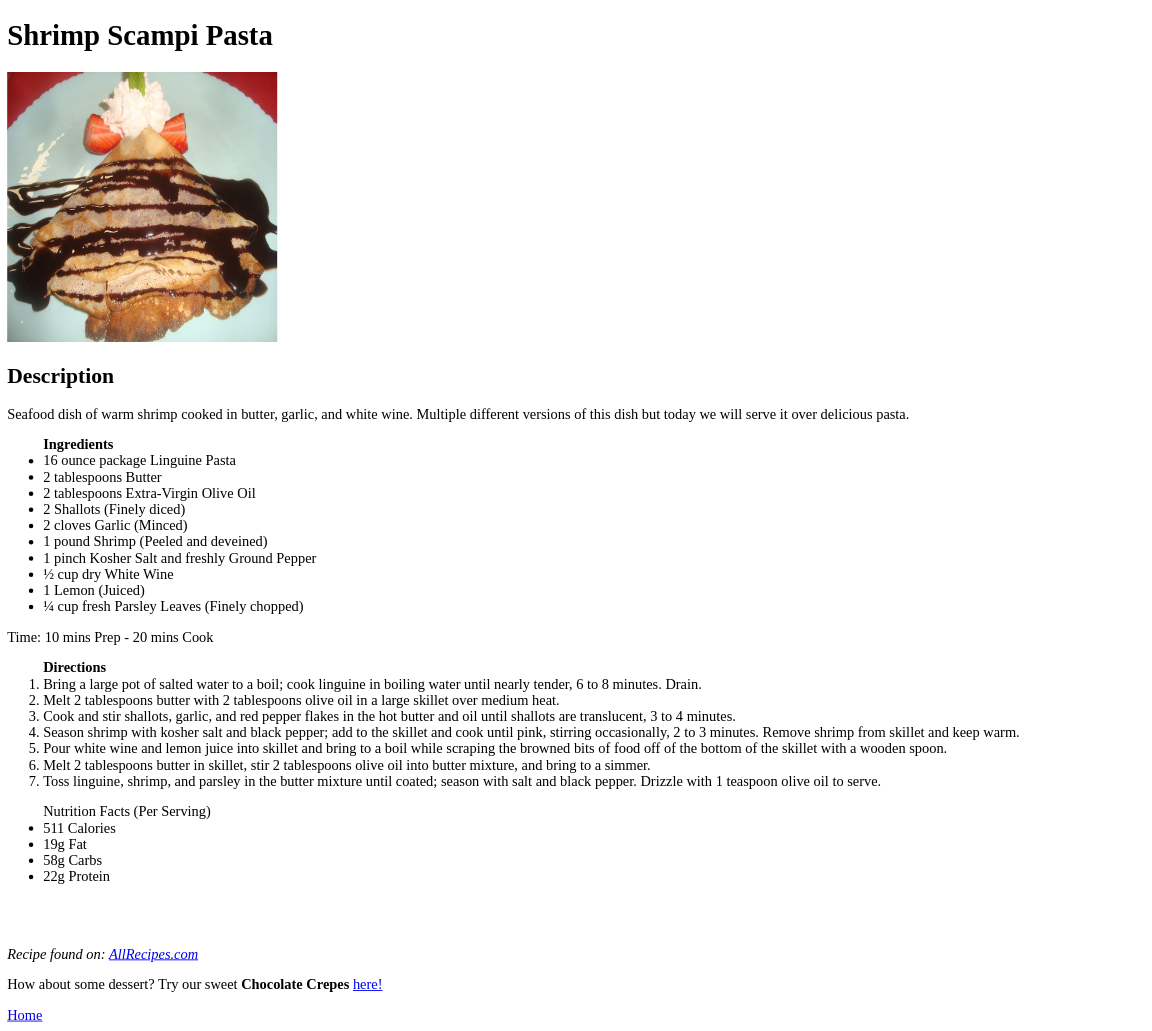
Repository: Mervens/odin-recipes
Page: recipes/pasta.html
These files come from the project's save history. The page is drawn as it stood at one moment and after the next save; the edit follows.
The browser window is 1280 px wide. The pictures show the whole page, at 90% of full size.

Above is the page before, as saved 2025-06-18 11:59:33.

### recipes/pasta.html
<!DOCTYPE html>

<html lang="en">

<head>
    <meta charset="UTF-8">
    <title>Shrimp Scampi Pasta | Odin Recipes</title>
</head>

<body>
    <h1>Shrimp Scampi Pasta</h1>

    <img src="../recipes/images/Chocolate Image.png"
        alt="Photo of Shrimp Scampi Pasta. Image found on Flickr - linked in ReadME." height=300 width=300>
    <h2>Description</h2>
    <p>Seafood dish of warm shrimp cooked in butter, garlic, and white wine. Multiple different versions of this dish
        but today we will serve it over delicious pasta.</p>
    <ul><strong>Ingredients</strong>
        <li>16 ounce package Linguine Pasta</li>
        <li>2 tablespoons Butter</li>
        <li>2 tablespoons Extra-Virgin Olive Oil</li>
        <li>2 Shallots (Finely diced)</li>
        <li>2 cloves Garlic (Minced)</li>
        <li>1 pound Shrimp (Peeled and deveined)</li>
        <li>1 pinch Kosher Salt and freshly Ground Pepper</li>
        <li>½ cup dry White Wine</li>
        <li>1 Lemon (Juiced)</li>
        <li>¼ cup fresh Parsley Leaves (Finely chopped)</li>
    </ul>
    <p>Time: 10 mins Prep - 20 mins Cook</p>
    <ol><strong>Directions</strong>
        <li>Bring a large pot of salted water to a boil; cook linguine in boiling water until nearly tender, 6 to 8
            minutes. Drain.
        </li>
        <li>Melt 2 tablespoons butter with 2 tablespoons olive oil in a large skillet over medium heat.
        </li>
        <li>Cook and stir shallots, garlic, and red pepper flakes in the hot butter and oil until shallots are
            translucent, 3 to 4 minutes.</li>
        <li>Season shrimp with kosher salt and black pepper; add to the skillet and cook until pink, stirring
            occasionally, 2 to 3 minutes. Remove shrimp from skillet and keep warm.
        </li>
        <li>Pour white wine and lemon juice into skillet and bring to a boil while scraping the browned bits of food off
            of the bottom of the skillet with a wooden spoon.</li>
        <li>Melt 2 tablespoons butter in skillet, stir 2 tablespoons olive oil into butter mixture, and bring to a
            simmer.</li>
        <li>Toss linguine, shrimp, and parsley in the butter mixture until coated; season with salt and black pepper.
            Drizzle with 1 teaspoon olive oil to serve.</li>
    </ol>
    <ul>
        Nutrition Facts (Per Serving)
        <li>511 Calories</li>
        <li>19g Fat</li>
        <li>58g Carbs</li>
        <li>22g Protein</li>
    </ul>
    <br>
    <br>

    <p><em>Recipe found on:
            <a href="https://www.allrecipes.com/recipe/229960/shrimp-scampi-with-pasta/">AllRecipes.com</em>
    </p>
    </a>
    <p>How about some dessert? Try our sweet <strong>Chocolate Crepes </strong><a href="../recipes/crepe.html">here!</a>
    </p>
    <a href="../index.html">Home</a>

</body>

</html>

After the next save:
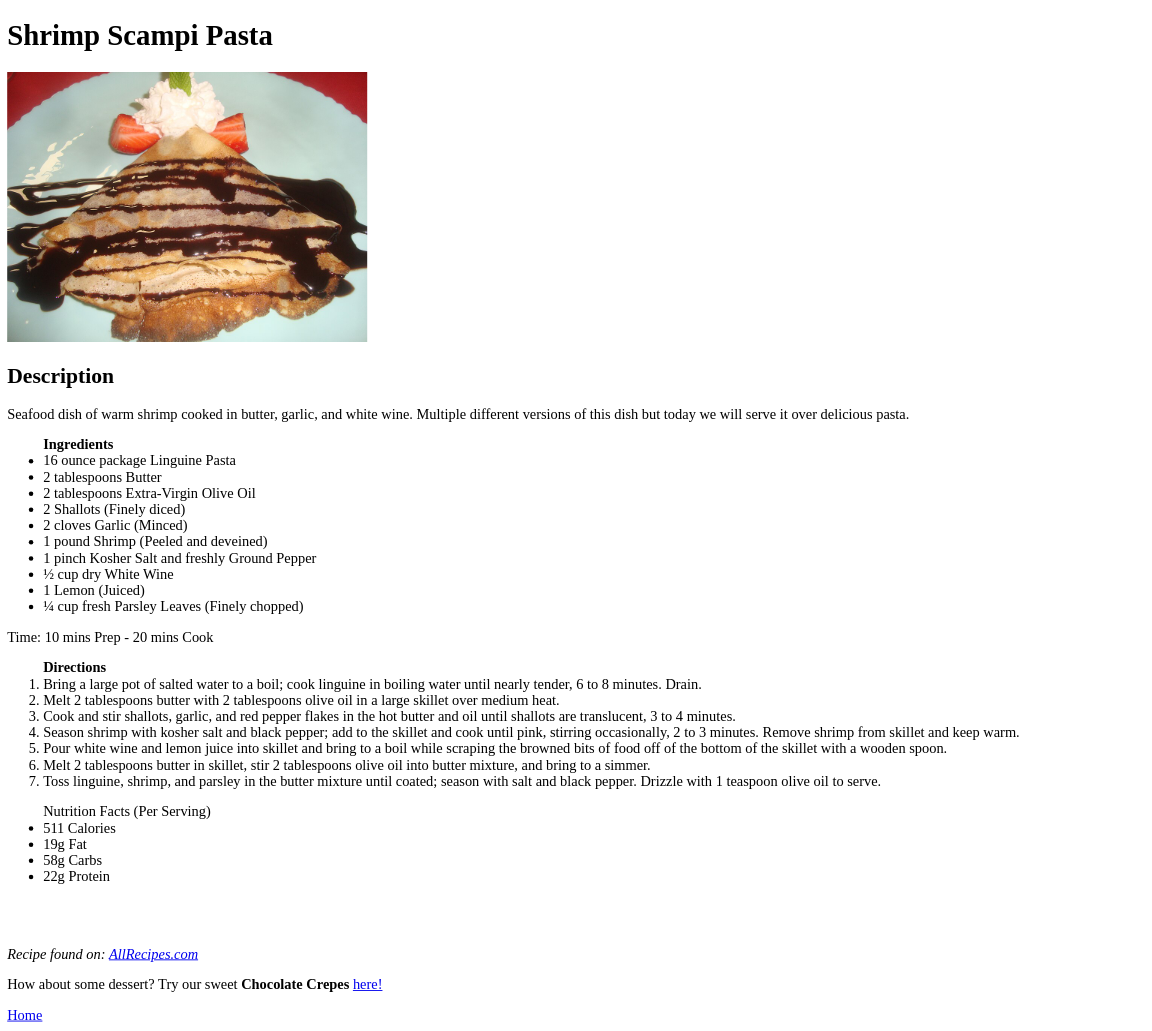
Saved 8 s later.
--- a/recipes/pasta.html
+++ b/recipes/pasta.html
@@ -11,7 +11,7 @@
     <h1>Shrimp Scampi Pasta</h1>
 
     <img src="../recipes/images/Chocolate Image.png"
-        alt="Photo of Shrimp Scampi Pasta. Image found on Flickr - linked in ReadME." height=300 width=300>
+        alt="Photo of Shrimp Scampi Pasta. Image found on Flickr - linked in ReadME." height=300 width=400>
     <h2>Description</h2>
     <p>Seafood dish of warm shrimp cooked in butter, garlic, and white wine. Multiple different versions of this dish
         but today we will serve it over delicious pasta.</p>
